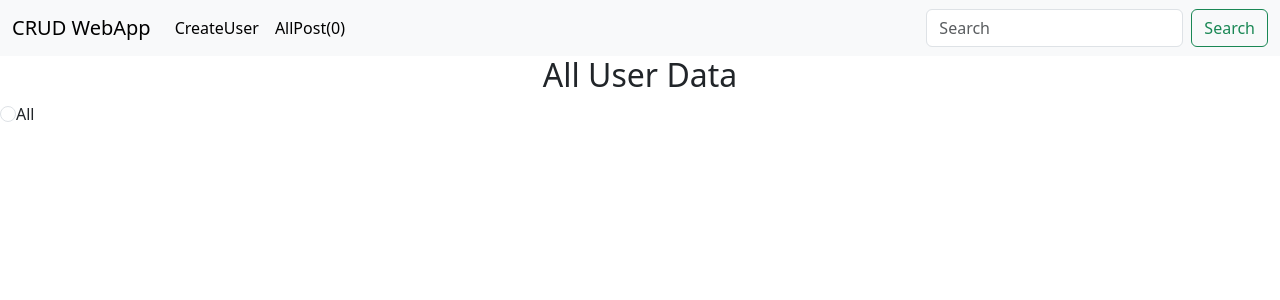
Repository: suraj-yadav7/createpost-redux
Page: /read
These files come from the project's save history. The page is drawn as it stood at one moment and after the next save; the edit follows.
The browser window is 1280 px wide. The pictures show the whole page.
The page's requests for data from a server got no answer. The project was rebuilt for these pictures with package versions that can differ from the ones it lists, and the page was loaded fresh each time. No one was signed in, and anything a server would have sent is missing. Also part of the build but not shown: vite.config.js, src/App.css, src/assets/viewuser.css, src/components/ViewUser.jsx, src/components/UpdateUser.jsx, src/components/CreateData.jsx, src/index.css.

Above is the page before, as saved 2023-05-23 23:52:26.

After the next save:
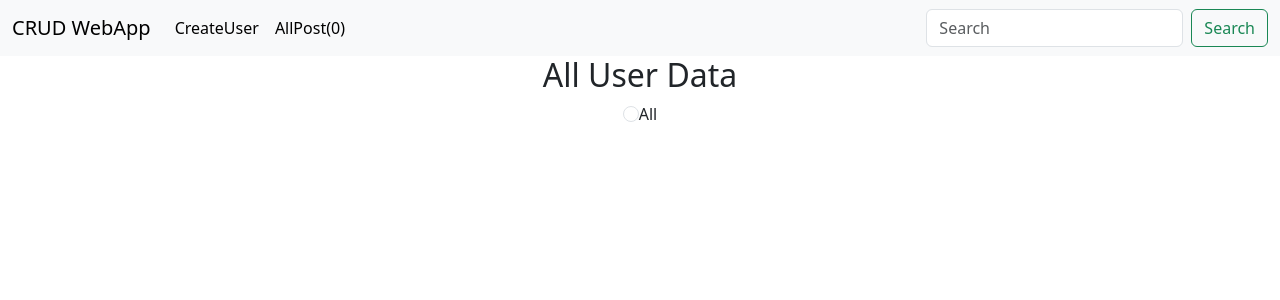
Saved 40 s later.
--- a/src/components/Read.jsx
+++ b/src/components/Read.jsx
@@ -27,8 +27,10 @@ const Read = () => {
        { showPop && <ViewUser id={id}  setShow={setShowPop}/> }
         <div >
         <h2 style={{textAlign:"center"}}>All User Data</h2>
+        <div className='genderRadio' style={{textAlign:"center"}}>
         <input className='form-check-input' name="gender" type='radio'/>
-                    <lable className="form-check-label">All</lable>
+        <lable className="form-check-label">All</lable>
+        </div>
         {
              userData && userData.filter((elem)=> {
                 if(searchData.length===0){
